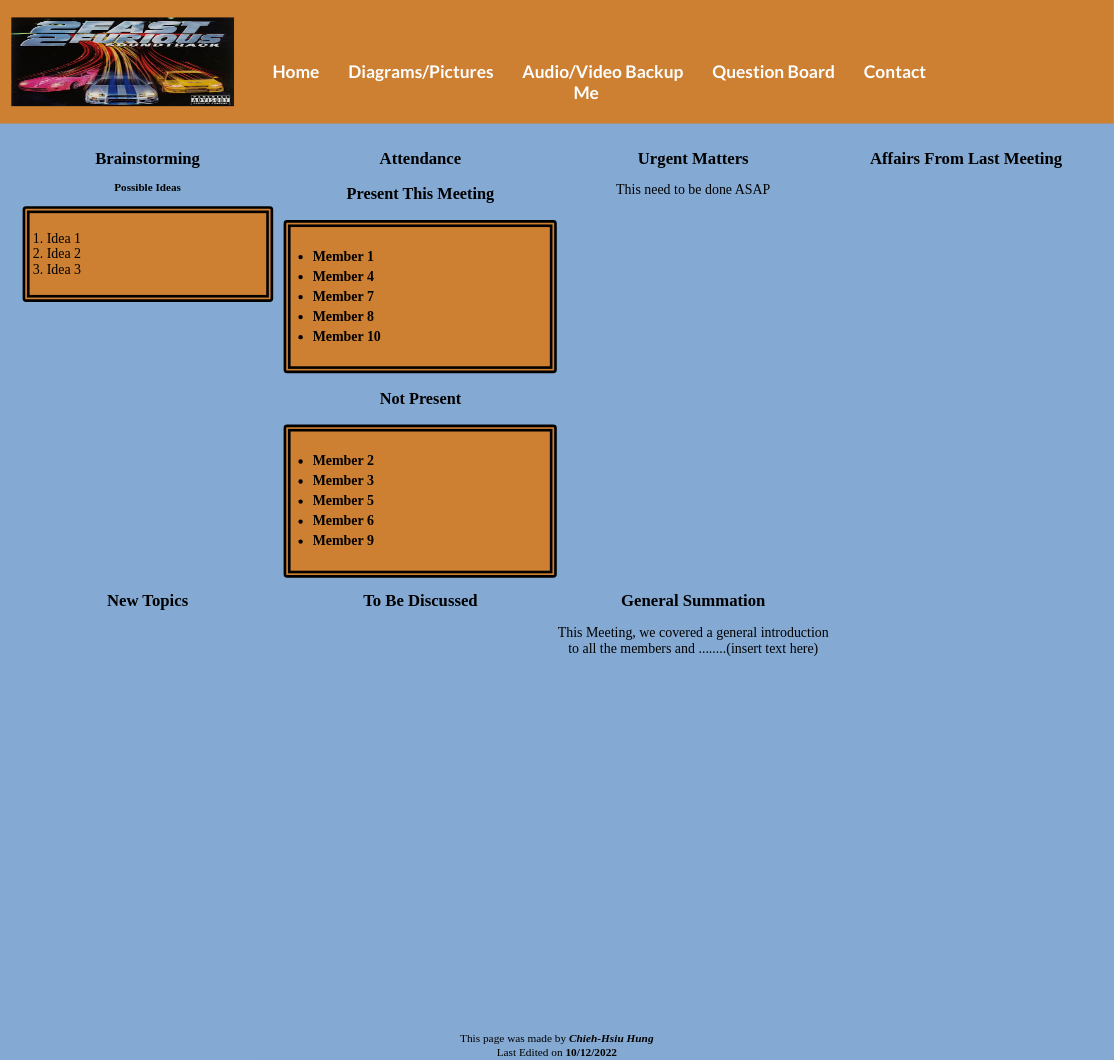
Repository: Chieh0501/fa22-cse110-lab3
Page: index.html
These files come from the project's save history. The page is drawn as it stood at one moment and after the next save; the edit follows.
The browser window is 1280 px wide. The pictures show the whole page, at 87% of full size.

Above is the page before, as saved 2022-10-12 13:38:24.

### index.html
<!DOCTYPE html>
<html lang="en">

<head>
	<meta charset="utf-8" />
	<meta name="description" content="Team 2 Meeting Notes" />
	<meta name="keywords" content="HTML, CSS, JavaScript" />
	<meta name="author" content="Chieh-Hsiu Hung" />
	<meta name="viewport" content="width=device-width, initial-scale=1.0" />
	<title>Team 2 Meeting Notes</title>
	<link href="images/favicons/favicon.ico" rel="icon" />
	<link href="styles/main.css" rel="stylesheet" />
	<!-- <script>
		window.addEventListener('load', function () {
			let time = window.performance.timing,
				complete = time.domComplete - time.domLoading;
			document.getElementById('page-load-info').innerHTML = `<strong>Page Loaded in ${parseInt(complete)}ms
			 on ${new Date().toLocaleString("en-US")}</strong>`;
		});
	</script> -->

</head>

<body>
	<header>
		<img src="images/logo.png" alt="Demo Team Logo" class="logo" id="logo">
		<nav class="navBar">
			<a href="index.html">Home</a>
			<a href="images.html">Diagrams/Pictures</a>
			<a href="multimedia.html">Audio/Video Backup</a>
			<a href="questions.html">Question Board</a>
			<a href="contacts.html">Contact Me</a>
		</nav>
	</header>

	<main id="home_main">
		<section class="title">
			<h1>Team 2 Introductory Meeting</h1>
			<h2 id="date">Date: 10/5/2022</h2>
		</section>

		<hr id="blocker" />
		<section id="attendance" class="attendance">
			<h2>Attendance</h2>
			<!-- <form>
				Add Checkbox state with JS later
				<input type="checkbox" id="member1" name="member1" value="chung">
				<label for="vehicle1"> Chieh-Hsiu Hung</label><br>
				<input type="checkbox" id="member2" name="member2" value="avalliani">
				<label for="vehicle1"> Amaar Valliani</label><br>
				<input type="checkbox" id="member3" name="member3" value="ajia">
				<label for="vehicle1"> Andrew Jia</label><br>
				<input type="checkbox" id="member4" name="member4" value="ivarela">
				<label for="vehicle1"> Issac Varela</label><br>
				<input type="checkbox" id="member5" name="member5" value="lnguyen">
				<label for="vehicle1"> Liam Nguyen</label><br>
				<input type="checkbox" id="member6" name="member6" value="nrao">
				<label for="vehicle1"> Nikhil Rao</label><br>
				<input type="checkbox" id="member7" name="member7" value="sdadhwal">
				<label for="vehicle1"> Sahil Dadhwal</label><br>
				<input type="checkbox" id="member8" name="member8" value="tkoon">
				<label for="vehicle1"> Thomas Koon</label><br>
				<input type="checkbox" id="member9" name="member9" value="ycao">
				<label for="vehicle1"> Yingqi Cao</label><br>
				<input type="checkbox" id="member10" name="member10" value="yxu">
				<label for="vehicle1"> YunXiao Xu</label><br>
				<input type="submit" value="Submit">
			  </form> -->
			  <h3>Present This Meeting</h3>
			  <ul>
				<li>Member 1</li>
				<li>Member 4</li>
				<li>Member 7</li>
				<li>Member 8</li>
				<li>Member 10</li>
			  </ul>
			  <h3>Not Present</h3>
			  <ul>
				<li>Member 2</li>
				<li>Member 3</li>
				<li>Member 5</li>
				<li>Member 6</li>
				<li>Member 9</li>
			  </ul>
		</section>
		<section class="brainstorming">
			<h2>Brainstorming</h2>
			<div id="subtitle">Possible Ideas</div>
			<ol>
				<li>Idea 1</li>
				<li>Idea 2</li>
				<li>Idea 3</li>
			  </ol>
		</section>
		<section class="urgent">
			<h2>Urgent Matters</h2>
			<p id="urgent"><span>This need to be done ASAP</span></p>
		</section>
		<section class="last_meeting">
			<h2>Affairs From Last Meeting</h2>
		</section>
		<section class="new_topics">
			<h2>New Topics</h2>
		</section>
		<section class="tbd">
			<h2>To Be Discussed</h2>
		</section>
		<section class="summation">
			<h2>General Summation</h2>
			<p>This Meeting, we covered a general introduction to all the members and ........(insert text here)</p>
		</section>
	</main>

	<footer>
		<hr />
		<div>This page was made by <i><b>Chieh-Hsiu Hung</b></i></div>
		<aside>Last Edited on <strong>10/12/2022</strong></aside>
	</footer>
</body>

</html>

### styles/main.css
/* main.css */

html,

:root {
  --vw-lg: 1920px;
  --vw-md: 1366px;
  --vw-sm: 600px;
  --primary-color: #84aad4;
  --secondary-color: white;
  --accent-color-1: #CD7F32;
  --accent-color-2: #969696;
  --accent-color-3: hsl(150deg 30% 60%);
}

body {
  background-color: var(--primary-color);
  display: block;
  margin: 0;
  padding: 0;
}
@font-face {
  font-family: "Lato";
  font-style: normal;
  font-weight: 400;
  src: url("../fonts/Lato/Lato-Regular.ttf") format("truetype");
}
@font-face {
  font-family: "Lato";
  font-weight: bold;
  font-weight: 400;
  src: url("../fonts/Lato/Lato-Bold.ttf") format("truetype");
}
@font-face {
  font-family: "Lato";
  font-style: italic;
  font-weight: 400;
  src: url("../fonts/Lato/Lato-Italic.ttf") format("truetype");
}
.grid main{
  display: grid;
}

/****** header ******/

header {
  display:grid;
  grid-template-columns: repeat(6, 1fr);
  gap: 1rem;
  text-align: center;
  padding: 20px 0;
  font-family: "Lato", bold;
  background: var(--accent-color-1);
}

#logo {
  margin-left: 1vw;
  float: left;
  height: 3vw;
}
/******* NavBar *******/
.navBar {
  grid-column: 2 / span 4;
  position: relative;
  overflow: hidden;
  margin-top: 50px;
}
.navBar > a{
  float: none;
  color: #ffffff;
  text-align: center;
  padding: 15px 15px;
  text-decoration: none;
  font-size: 20px;
}
.navBar a:hover{
  text-decoration: underline;
}
.navBar a:visited{
  color: #000000;
}
/****** general **********/
section h2{
  font-size: 1.5vw;
}
hr {
  display: none;
}

/****** home content ******/
#home_main {
  display:grid;
  margin: 1vw;
  grid-template-columns: repeat(4, 1fr);
  grid-template-rows: repeat(2, 1fr);
  text-align: center;
}
.title {
  display:flex;
  flex-direction: column;
  margin: 1vw;
  text-align: center;
}
.title h1{
  float:initial;
  font-size: 2vw;
}
.title h2{
  float:initial;
  font-size: 1.5vw;
}

.attendance{
  grid-row: 1;
  grid-column: 2;
}
.attendance ul{
  background-color: var(--accent-color-1);
  border: 8px double black;
  border-radius: 4px;
  margin: 0 auto;
  padding: 20px;
  text-align: left;
}
.brainstorming{

}
.brainstorming #subtitle{
  font-weight: bold;
  font-size: 1vw;
}
.brainstorming ol{
  background-color: var(--accent-color-1);
  border: 8px double black;
  border-radius: 4px;
  margin: 1vw;
  padding: 20px;
  text-align: left;
}

ul li {
  margin: 5px;
  font-weight: bold;
}

.contactform{
  position: relative;
  grid-row: 2 / span 6;
  background-color: var(--secondary-color);
  margin-left: 2vw;
  grid-column: 1 / span 2;
  height: auto;
}
.contactform label{
  position: relative;
  font-weight: bold;
}
.contactform input[type = text], select, textarea{
  width: 100%;
  padding: 6px;
  grid-column: 1 / span 6;
  border: 1px solid var(--accent-color-1);
  border-radius: 6px;
  resize: vertical;
}
/***** Button *******/
.button{
  display: inline-block;
  width: fit-content;
  height: fit-content;
  padding: 1vw 2vw;
  text-align: center;
  text-decoration: none;
  color: var(--primary-color);
  background-color: var(--accent-color-1);
  border-radius: 8px;
  outline: none;
}
.button:hover{
  text-decoration: underline;
  color:azure;
  background-color: #969696;
}
@media screen and (max-width: 800px){
  #index_main{
    display:grid;
    margin-left: 1vw;
    margin-right: 1vw;
    grid-template-columns: repeat(6, 1fr);
    grid-template-rows: repeat(6, 1fr);
    text-align: center;
  }
  main.main2{
    display:grid;
    margin-left: 1vw;
    margin-right: 1vw;
    grid-template-columns: 1fr;
    grid-template-rows: repeat(4, 1fr);
    text-align: center;
  }
  #contact_frame{
    width: 100%;
    margin-left: 1vw;
    grid-column: 1;
    grid-row: 3;
  }
  .navBar a{
    float: none;
    display: none;
  }

  .title{
    display:none;
  }
  .short_title{
    display: block;
    grid-row: 1 / span 3;
    grid-column: 2 / span 4;
    font-size: 6vw;
  }
  img{
    width: 80vw;
  }
  #hamburger{
    display: block;
  }
  #hamburger input{
    display: block;
  }
  .contactform{
    grid-column: 1;
  }
  #notice{
    display: none;
  }
  .button{
    width: 60vw;
    height: 20vw;
  }
  #Contact_Button{
    grid-row: 3 / span 2;
    grid-column: 2 / span 6;
  }
  #download_resume{
    grid-row: 6 / span 2;
    grid-column: 2 / span 6;
  }
  img#logo {
    width: 40vw;
    height: 16vw;
  }
}
@media screen and (max-width: 1366px) {
  main{
    display:grid;
    margin-left: 1vw;
    margin-right: 1vw;
    grid-template-columns: 1fr;
    grid-template-rows: repeat(3, 1fr);
    text-align: center;
  }
  #index_main{
    display:grid;
    margin-left: 1vw;
    margin-right: 1vw;
    grid-template-columns: repeat(6, 1fr);
    grid-template-rows: repeat(6, 1fr);
    text-align: center;
  }
  .title{
    display:none;
  }
  .short_title{
    display: block;
    grid-row: 1 / span 3;
    grid-column: 2 / span 4;
    font-size: 6vw;
  }
  main.main2{
    display:grid;
    margin-left: 1vw;
    margin-right: 1vw;
    grid-template-columns: repeat(2, 1fr);
    grid-template-rows: repeat(2, 1fr);
    text-align: center;
  }
  main.about_main{
    display:grid;
    margin-left: 1vw;
    margin-right: 1vw;
    grid-template-columns: 1fr;
    grid-template-rows: repeat(4, 1fr);
    text-align: center;
  }
  section#diving{
    grid-row: 1;
    grid-column: 1;
  }
  section#sailing{
    grid-row: 2;
    grid-column: 1;
  }
  video{
    width: 80vw;
  }
  img{
    width: 80vw;
  }
  section#snowboarding{
    grid-row: 3;
    grid-column: 1;
  }
  section#songs{
    grid-row:4;
    grid-column: 1;
  }
  .contactform{
    grid-column: 1/ span 6;
  }
  #notice{
    display: none;
    font-variant:small-caps;
  }
  #contact_frame{
    margin-left: 1vw;
    grid-column: 1;
    grid-row: 3;
  }
  .title2{
    width: 30vw;
    grid-column: 2;
    grid-row: 1 / span 2;
  }
  #clock{
    grid-column: 1;
    grid-row: 1;
  }
  h1.project{
    align-self: center;
    grid-row: 1;
    grid-column: 1;
  }
  img#logo {
    width: 20vw;
    height: 8vw;
  }
}
/* a:link { color: #3366BB; }
a:visited { color: #663366 }
a:visited:hover { color: #0b0080; }
a:hover { color: gray; }
a:active { background-color: yellow; border: 4px solid red;} */


/****** footer ******/
footer {
  font-size: small;
  text-align: center;
}

After the next save:
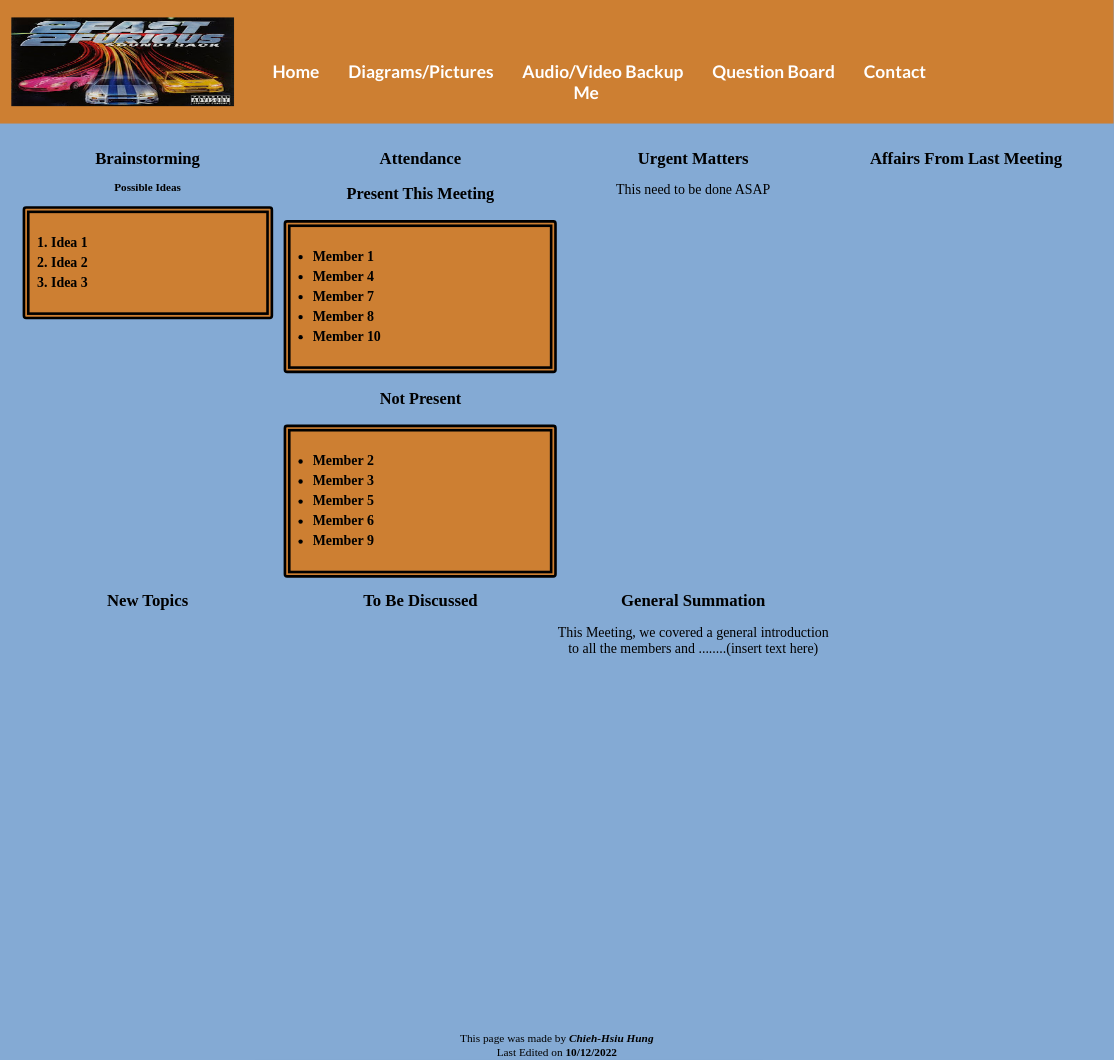
Saved 29 s later.
--- a/styles/main.css
+++ b/styles/main.css
@@ -142,6 +142,10 @@
   margin: 5px;
   font-weight: bold;
 }
+ol li {
+  margin: 5px;
+  font-weight: bold;
+}
 
 .contactform{
   position: relative;
